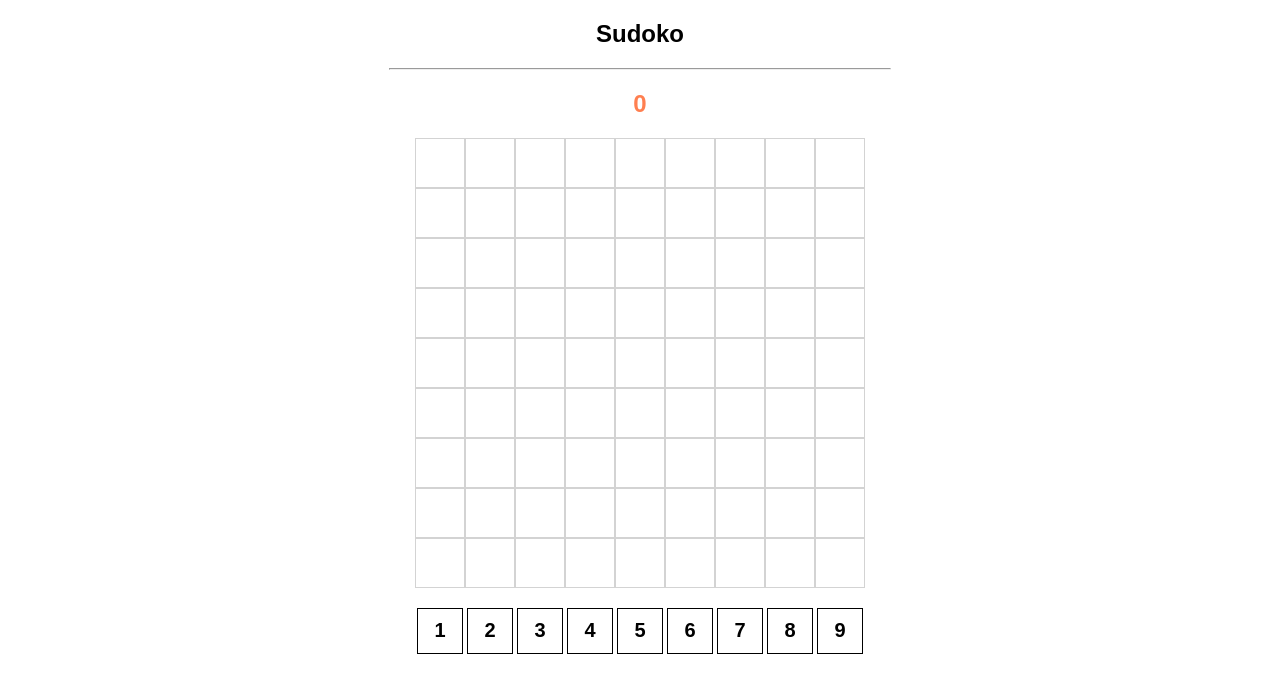
Repository: divyaravada/javascript-games
Page: sudoko/sudoko.html
The author's editor kept a copy of each file at every save. The page is drawn from the files as they stood at one save, then again after the next save.
The browser window is 1280 px wide. The pictures show the whole page.

Above is the page before, as saved 2022-03-15 18:17:52.

After the next save:
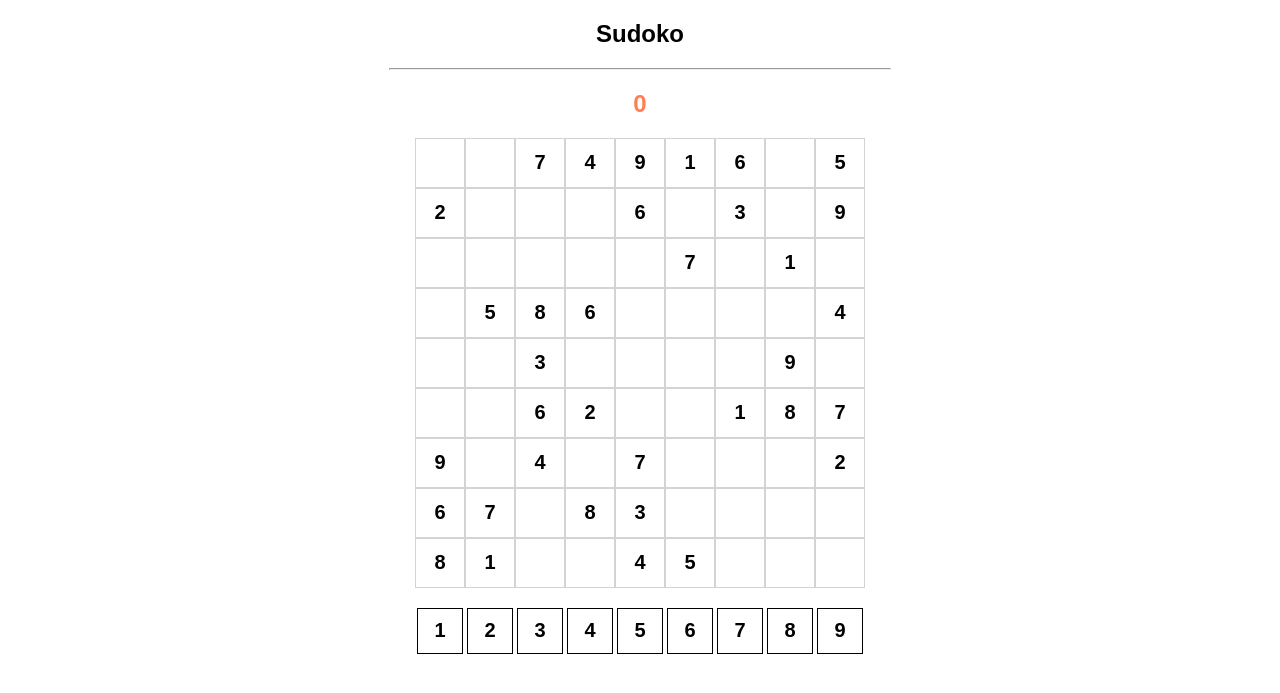
Saved 2 min 51 s later.
--- a/sudoko/sudoko.js
+++ b/sudoko/sudoko.js
@@ -44,6 +44,9 @@ function setGame() {
     for (let c = 0; c < 9; c++) {
       let tile = document.createElement("div");
       tile.id = r.toString() + "-" + c.toString();
+      if (board[r][c] != "-") {
+        tile.innerText = board[r][c];
+      }
       tile.addEventListener("click", selectTitle);
       tile.classList.add("tile");
       document.getElementById("board").append(tile);
